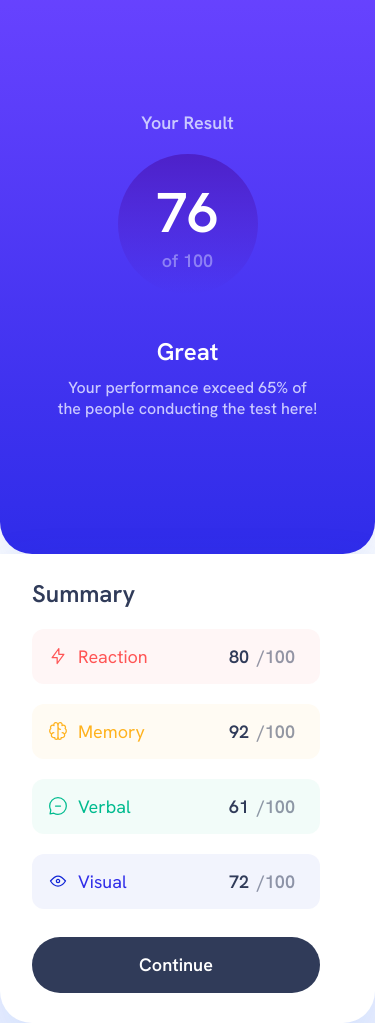
Repository: KamoliddinGIT/result-summary
Page: index.html
An editor plug-in stored every save of this project. The page is shown before and after the next save, followed by the edit.
The browser window is 375 px wide. The pictures show the whole page.

Above is the page before, as saved 2023-09-08 17:36:30.

### index.html
<!DOCTYPE html>
<html lang="en">
  <head>
    <meta charset="UTF-8" />
    <meta name="viewport" content="width=device-width, initial-scale=1.0" />
    <link
      rel="icon"
      type="image/png"
      sizes="32x32"
      href="./assets/images/favicon-32x32.png"
    />
    <link rel="stylesheet" href="css/style.css" />
    <link rel="preconnect" href="https://fonts.googleapis.com" />
    <link rel="preconnect" href="https://fonts.gstatic.com" crossorigin />
    <link
      href="https://fonts.googleapis.com/css2?family=Hanken+Grotesk:wght@400;500;600&display=swap"
      rel="stylesheet"
    />
    <title>Results summary component</title>
  </head>
  <body>
    <div class="container">
      <div class="result-box">
        <h1 class="result__heading">Your Result</h1>
        <div class="result__score">
          <h1>76</h1>
          <span>of 100</span>
        </div>
        <div class="result__comment">
          <h1>Great</h1>
          <p>
            Your performance exceed 65% of the people conducting the test here!
          </p>
        </div>
      </div>
      <div class="summary-box">
        <h1 class="summary__title">Summary</h1>
        <div class="summary__stats">
          <li class="summary__stats__item__1">
            <img src="./assets/images/icon-reaction.svg" alt="logo" />
            <h2>Reaction</h2>
            <h3>80<span>/100</span></h3>
          </li>
          <li class="summary__stats__item__2">
            <img src="./assets/images/icon-memory.svg" alt="logo" />
            <h2>Memory</h2>
            <h3>92<span>/100</span></h3>
          </li>
          <li class="summary__stats__item__3">
            <img src="./assets/images/icon-verbal.svg" alt="logo" />
            <h2>Verbal</h2>
            <h3>61<span>/100</span></h3>
          </li>
          <li class="summary__stats__item__4">
            <img src="/assets/images/icon-visual.svg" alt="logo" />
            <h2>Visual</h2>
            <h3>72<span>/100</span></h3>
          </li>
        </div>
        <a href="#" class="summary__btn"> Continue </a>
      </div>
    </div>

    <script src="js/index.js"></script>
  </body>
</html>

### css/style.css
* {
  margin: 0;
  padding: 0;
  box-sizing: border-box;
}

body {
  display: flex;
  flex-direction: column;
  justify-content: center;
  align-items: center;
  height: 100vh;
  flex-direction: column;
  padding: 0;
  margin: 0;
  font-family: "Hanken Grotesk", "Arial", sans-serif;
  font-size: 18px;
  font-weight: 500;
  line-height: normal;
  background-color: #ecf2ff;
  color: #303b59;
}

.container {
  width: 47%;
  max-width: 1200px;
  display: flex;
  justify-content: center;
  align-items: center;
  height: 72%;
  background-color: #ffffff;
  box-shadow: 0px 30px 60px 0px rgba(61, 108, 236, 0.15);
  border-radius: 32px;
}

.result-box {
  width: 50%;
  max-width: 368px;
  min-height: 100%;
  border-radius: 32px;
  box-shadow: 0px 30px 60px 0px rgba(61, 108, 236, 0.15);
  background-image: linear-gradient(
    180deg,
    #75f 0%,
    #6943ff 0.01%,
    #2f2ce9 100%
  );
  padding: 24px 56px 40px;
  color: #cac9ff;
  box-shadow: 0px 30px 60px 0px rgba(61, 108, 236, 0.15);
  display: flex;
  flex-direction: column;
  align-items: center;
  justify-content: center;
  font-family: "Hanken Grotesk", "Arial", sans-serif;
  /* gap: 30px; */
}

.summary-box {
  display: flex;
  flex-direction: column;
  align-items: start;
  /* padding-left: 40px;s */
  justify-content: space-evenly;
  background: #fff;
  width: 50%;
  height: 100%;
  border-radius: 0 25px 25px 0;
  padding: 24px 32px 32px;
  box-shadow: 0px 30px 60px 0px rgba(61, 108, 236, 0.15);
}

.result__heading {
  margin-bottom: 20px;
  font-size: 24px;
}

.result__score {
  display: flex;
  flex-direction: column;
  justify-content: center;
  align-items: center;
  width: 200px;
  height: 200px;
  border-radius: 50%;
  background-image: linear-gradient(
    180deg,
    #4d21c9 0%,
    rgba(37, 33, 201, 0) 100%,
    rgba(37, 33, 201, 0) 100%
  );
}

.result__score h1 {
  font-size: 72px;
  color: #ffffff;
}

.result__score span {
  color: #cac9ff;
  font-weight: 700;
  opacity: 0.5168;
  font-size: 18px;
}

.result__comment {
  margin-top: 20px;
  display: flex;
  justify-content: space-around;
  align-items: center;
  flex-direction: column;
  text-align: center;
  width: 260px;
  height: 127px;
}

.result__comment h1 {
  font-size: 32px;
  color: #ffffff;
}

.result__comment p {
  font-size: 18px;
  color: #cac9ff;
  font-weight: 500;
  line-height: normal;
}

.summary__title {
  color: #303b59;
  font-size: 24px;
  font-weight: bold;
}

.summary__stats {
  width: 288px;
  height: 278px;
  display: flex;
  flex-direction: column;
  align-items: start;
  list-style-type: none;
}

li {
  margin-top: 20px;
}

.summary__stats__item__1 {
  width: 100%;
  display: flex;
  gap: 10px;
  align-items: center;
  height: 56px;
  padding: 16px;
  background: rgba(255, 85, 85, 0.05);
  border-radius: 12px;
}

.summary__stats__item__1 h2 {
  width: 141px;
  font-size: 18px;
  color: #f55;
  font-weight: normal;
}

.summary__stats__item__1 h3 span {
  opacity: 0.5168;
  font-weight: bold;
  color: rgba(48, 59, 89, 0.5);
  font-size: 18px;
  color: #303b59;
  margin-left: 8px;
}

.summary__stats__item__1 h3 {
  color: #303b59;
  font-weight: bold;
  font-size: 18px;
}

.summary__stats__item__2 {
  width: 100%;
  display: flex;
  gap: 10px;
  align-items: center;
  height: 56px;
  padding: 16px;
  background: rgba(255, 178, 30, 0.05);
  border-radius: 12px;
}

.summary__stats__item__2 h2 {
  width: 141px;
  font-size: 18px;
  color: #ffb21e;
  font-weight: normal;
}

.summary__stats__item__2 h3 span {
  opacity: 0.5168;
  font-weight: bold;
  color: rgba(48, 59, 89, 0.5);
  font-size: 18px;
  color: #303b59;
  margin-left: 8px;
}

.summary__stats__item__2 h3 {
  color: #303b59;
  font-weight: bold;
  font-size: 18px;
}

.summary__stats__item__3 {
  width: 100%;
  display: flex;
  gap: 10px;
  align-items: center;
  height: 56px;
  padding: 16px;
  background: rgba(0, 187, 143, 0.05);
  border-radius: 12px;
}

.summary__stats__item__3 h2 {
  font-size: 18px;
  color: #00bb8f;
  font-weight: normal;
  width: 141px;
}

.summary__stats__item__3 h3 span {
  opacity: 0.5168;
  font-weight: bold;
  color: rgba(48, 59, 89, 0.5);
  font-size: 18px;
  color: #303b59;
  margin-left: 8px;
}

.summary__stats__item__3 h3 {
  color: #303b59;
  font-weight: bold;
  font-size: 18px;
}

.summary__stats__item__4 {
  width: 100%;
  display: flex;
  gap: 10px;
  align-items: center;
  height: 56px;
  padding: 16px;
  background: rgba(17, 37, 214, 0.05);
  border-radius: 12px;
}

.summary__stats__item__4 h2 {
  width: 141px;
  font-size: 18px;
  color: #2f2ce9;
  font-weight: normal;
}

.summary__stats__item__4 h3 span {
  opacity: 0.5168;
  font-weight: bold;
  color: rgba(48, 59, 89, 0.5);
  font-size: 18px;
  color: #303b59;
  margin-left: 8px;
}

.summary__stats__item__4 h3 {
  color: #303b59;
  font-weight: bold;
  font-size: 18px;
}

.summary__btn {
  margin-top: 50px;
  padding: 20px;
  width: 288px;
  height: 56px;
  border-radius: 128px;
  background: #303b59;
  display: flex;
  justify-content: center;
  align-items: center;
  text-decoration: none;
  color: white;
  font-weight: bold;
}

.summary__btn:hover {
  background: linear-gradient(180deg, #75f 0%, #6943ff 0.01%, #2f2ce9 100%);
  content: "";
  transition: opacity ease 0.3s;
}

.summary__btn:active {
  outline: 2px solid white;
  border: 2px solid white;
}

/* media */

@media only screen and (max-width: 740px) {
  /* body {
    padding: 50px;
    align-items: center;
  } */

  .container {
    flex-direction: column;
    width: 100%;
    max-width: 368px;
  }

  .result-box {
    padding: 15px;
    width: 100%;
    margin-top: 350px;
    max-width: 100%;
    box-shadow: 0px 30px 60px 0px rgba(61, 108, 236, 0.15);
  }

  .summary-box {
    /* margin-top: 350px; */
    padding-bottom: 30px;
    border-radius: 0;
    border-bottom-left-radius: 32px;
    border-bottom-right-radius: 32px;

    background: #fff;
    width: 100%;
    max-width: 100%;
    height: 507px;
  }
}

@media (min-width: 740px) {
  .container {
    max-width: 1400px;
    height: 500px;
  }
  .result-box {
    width: 100%;
    max-width: 100%;
  }
  .summary-box {
    width: 100%;
    max-width: 100%;
  }
}

@media only screen and (max-width: 400px) {
  .container {
    margin-top: -150px;
    max-width: 100%;
  }
  .result-box {
    border-top-left-radius: 0;
    border-top-right-radius: 0;
  }
  .result__score {
    width: 140px;
    height: 140px;
  }
  .result__heading {
    margin-top: 20px;
    font-size: 18px;
  }
  .result__score h1 {
    font-size: 56px;
  }
  .result__comment h1 {
    font-size: 24px;
  }
  .result__comment {
    justify-content: center;
    gap: 10px;
  }
  .result__comment p {
    font-size: 16px;
  }
}

@media only screen and (max-width: 320px) {
  .container {
    margin-top: -50px;
    width: 100%;
    max-width: 100%;
  }
  .result-box {
    border-top-left-radius: 0;
    border-top-right-radius: 0;
  }
  .result__score {
    border-radius: 50%;
    width: 140px;
    height: 140px;
  }
  .result__heading {
    margin-top: 40px;
    font-size: 18px;
  }
  .result__score h1 {
    font-size: 56px;
  }
  .result__comment h1 {
    font-size: 24px;
  }
  .result__comment {
    justify-content: center;
    gap: 10px;
  }
  .result__comment p {
    font-size: 16px;
  }
}

### js/index.js
"use strict";

const data = [
  {
    category: "Reaction",
    score: 80,
    icon: "img/icon-reaction.svg",
  },
  {
    category: "Memory",
    score: 92,
    icon: "img/icon-memory.svg",
  },
  {
    category: "Verbal",
    score: 61,
    icon: "img/icon-verbal.svg",
  },
  {
    category: "Visual",
    score: 72,
    icon: "img/icon-visual.svg",
  },
];

After the next save:
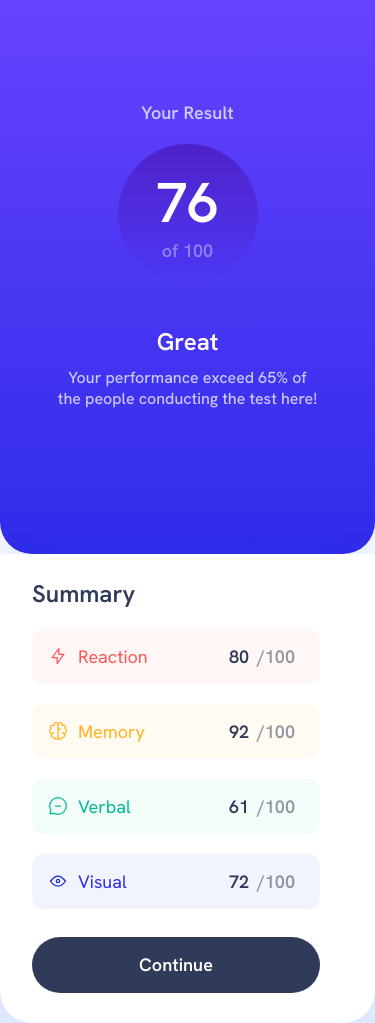
Saved 4 s later.
--- a/css/style.css
+++ b/css/style.css
@@ -368,7 +368,7 @@
     height: 140px;
   }
   .result__heading {
-    margin-top: 20px;
+    /* margin-top: 20px; */
     font-size: 18px;
   }
   .result__score h1 {

After the save that followed:
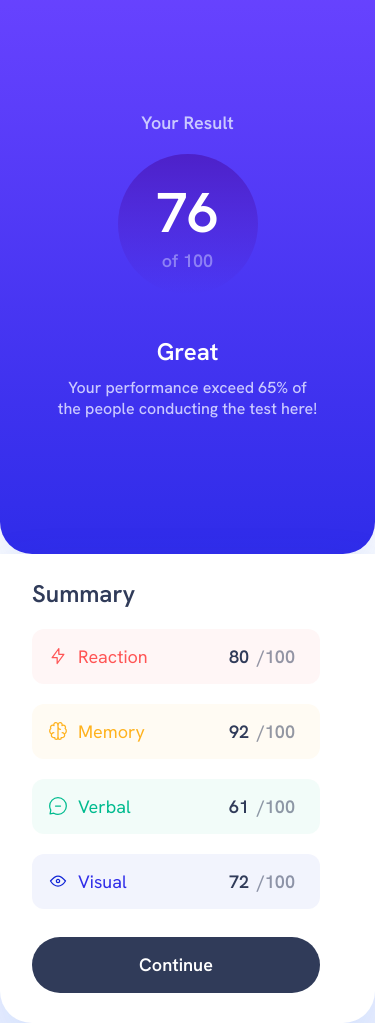
Saved 5 s later.
--- a/css/style.css
+++ b/css/style.css
@@ -368,7 +368,7 @@
     height: 140px;
   }
   .result__heading {
-    /* margin-top: 20px; */
+    margin-top: 20px;
     font-size: 18px;
   }
   .result__score h1 {
